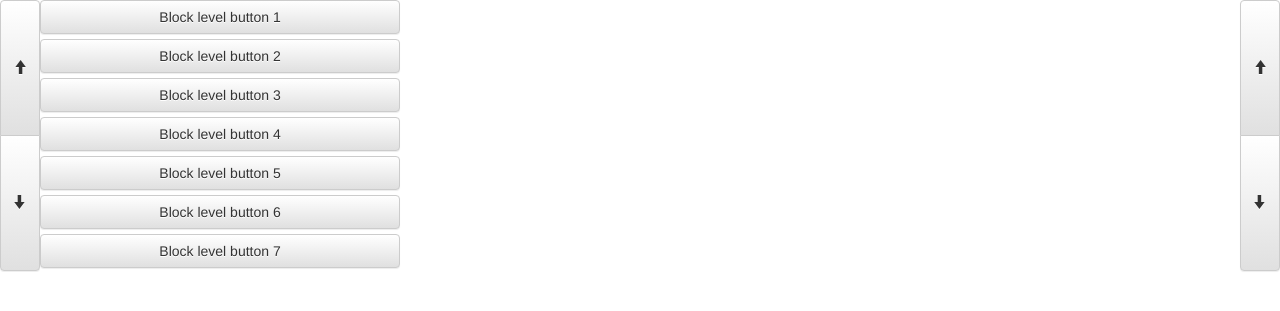
Repository: bmatusiak/bbb-usb-tool-nw
Page: index.html
The author's editor kept a record of every edit. The page is drawn from the files as they stood at one moment, then again after the next edit.
The browser window is 1280 px wide. The pictures show the whole page.

Above is the page before.
Console error: ReferenceError: global is not defined

### index.html
<!DOCTYPE html>
<html>

    <head>
        <title>USB-Tool</title>
        <meta name="viewport"
        content="width=device-width, initial-scale=1.0">

        <link rel="stylesheet" href="bootstrap/css/bootstrap.css" />
        <link rel="stylesheet" href="bootstrap/css/bootstrap-theme.css">
        <script src="js/jquery-1.8.2.min.js"></script>
        <style type="text/css">
            html,body{
                height:272px;
                width:480px;
                overflow:hidden;
            }
        </style>
    </head>

    <body>
        <div class="container-fluid">
            <div class="row">
                <div class="pull-left" style="width:40px;display:inline-block;">
                    <div class="btn-group-vertical">
                      <button type="button" class="btn btn-default" style="height:136px;"><span class="glyphicon glyphicon-arrow-up"></span></button>
                      <button type="button" class="btn btn-default" style="height:136px;"><span class="glyphicon glyphicon-arrow-down"></span></button>
                    </div>
                </div>
                <div style="width:360px;display:inline-block;">
                    <button type="button" class="btn btn-default btn-block">Block level button 1</button>
                    <button type="button" class="btn btn-default btn-block">Block level button 2</button>
                    <button type="button" class="btn btn-default btn-block">Block level button 3</button>
                    <button type="button" class="btn btn-default btn-block">Block level button 4</button>
                    <button type="button" class="btn btn-default btn-block">Block level button 5</button>
                    <button type="button" class="btn btn-default btn-block">Block level button 6</button>
                    <button type="button" class="btn btn-default btn-block">Block level button 7</button>

                </div>
                <div style="width:40px;display:inline-block;top:0;right:0;position:fixed;">
                    <div class="btn-group-vertical">
                      <button type="button" class="btn btn-default" style="height:136px;"><span class="glyphicon glyphicon-arrow-up"></span></button>
                      <button type="button" class="btn btn-default" style="height:136px;"><span class="glyphicon glyphicon-arrow-down"></span></button>
                    </div>
                </div>
            </div>
        </div>
        <script src="bootstrap/js/bootstrap.min.js"></script>

        <script src="main.js"></script>
    </body>

</html>

### main.js
var $ = global.$ = $;
var spawn = require('child_process').spawn

    function runCommand(cmd, done) {
        var c = cmd.split(" ");
        var Cmd = c.splice(0, 1);
        var runC = spawn(Cmd, c);
        var runCout = "";
        var runCerr = "";

        if (!done) done = function() {};

        runC.stdout.on('data', function(data) {
            runCout += data.toString();
        });

        runC.stderr.on('data', function(data) {
            runCerr += data.toString();
        });

        runC.on('close', function(code) {
            alert(runCerr);
            alert(runCout);
            done();
        });
    }

var gui = require('nw.gui');
var win = gui.Window.get();

$(document).ready(function() {
    win.resizeTo(window.screen.availWidth, window.screen.availHeight);
});

var fs = require('fs');

function setupFiles(fpath) {
    fs.readdir(fpath, function(err, files) {
        if (err) throw err;
        for (var i in files) {
            var theFile = $('<button type="button" class="file btn btn-default btn-block" data-fpath="' + fpath + '">' + files[i] + '</button>');
            theFile.appendTo("#files");
            theFile.click(function() {
                $(".file").removeClass("btn-warning");
                $(this).addClass("btn-warning");
            });
        }
    });
}

setupFiles("/mnt/microsd");

$("#btn-ok").click(function() {
    var file = $(".file.btn-warning").data("fpath") + "/" + $(".file.btn-warning").text();
    //alert(file);
    runCommand("rmmod g_mass_storage", function() {
        $(".btn-primary").removeClass("btn-primary");

        runCommand("modprobe g_mass_storage file=" + file + " cdrom=1", function() {
            $(".file.btn-warning").removeClass("btn-warning").addClass("btn-primary");
        });
    })

})

Loaded but not shown: bootstrap/css/bootstrap.css (library); bootstrap/css/bootstrap-theme.css (library); js/jquery-1.8.2.min.js (library); bootstrap/js/bootstrap.min.js (library)

After the next edit:
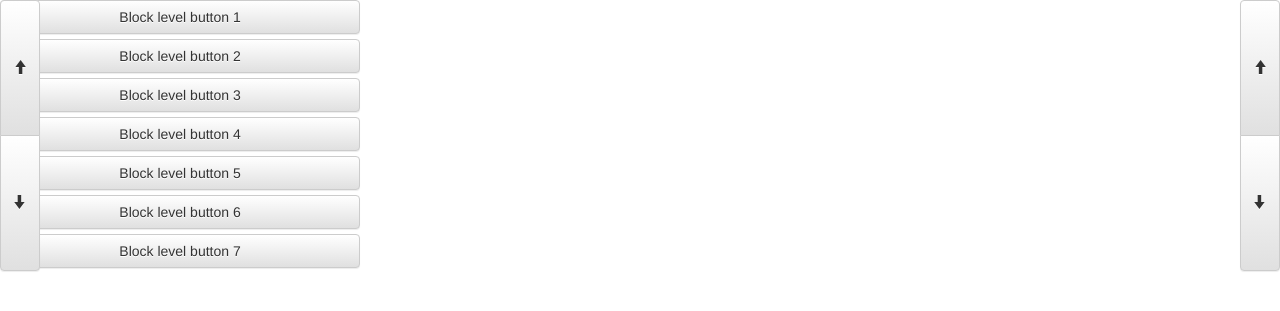
The edit:
--- a/index.html
+++ b/index.html
@@ -21,7 +21,7 @@
     <body>
         <div class="container-fluid">
             <div class="row">
-                <div class="pull-left" style="width:40px;display:inline-block;">
+                <div class="pull-left" style="width:40px;display:inline-block;top:0;left:0;position:fixed;">
                     <div class="btn-group-vertical">
                       <button type="button" class="btn btn-default" style="height:136px;"><span class="glyphicon glyphicon-arrow-up"></span></button>
                       <button type="button" class="btn btn-default" style="height:136px;"><span class="glyphicon glyphicon-arrow-down"></span></button>
